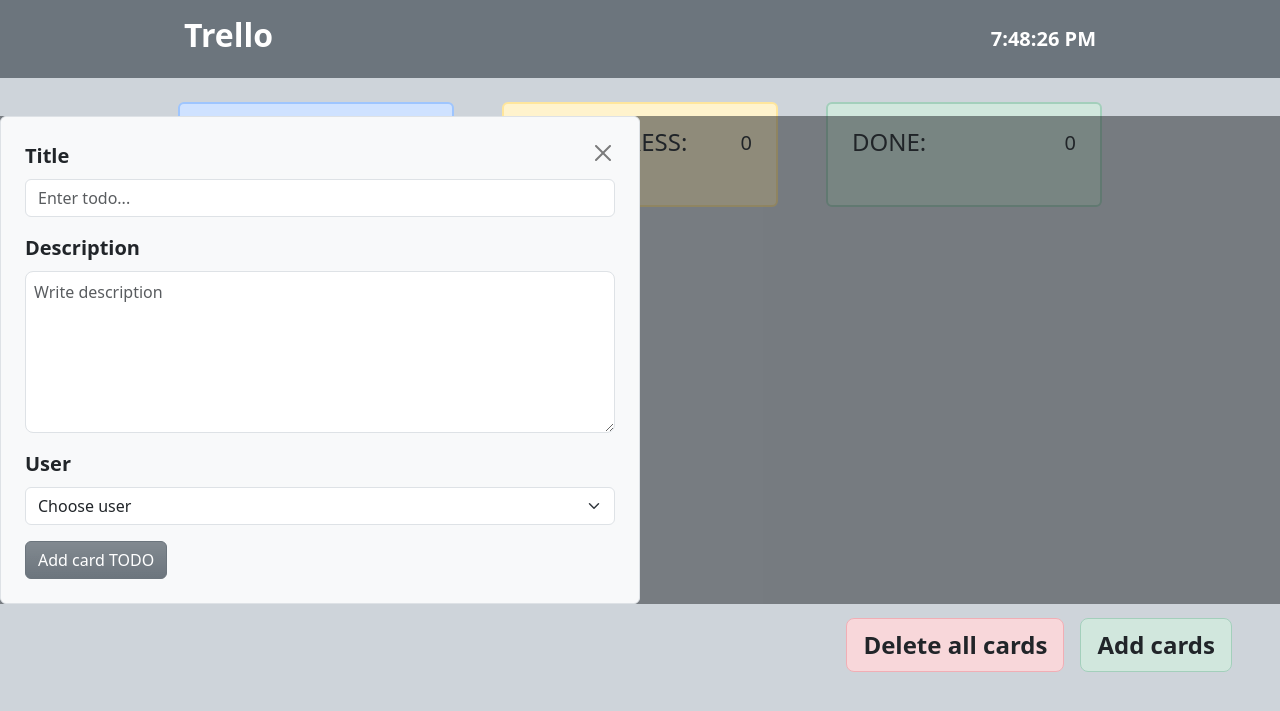
Repository: Valeria154/trello-app-clone
Page: / (app in trello-app-project/)
These files come from the project's save history. The page is drawn as it stood at one moment and after the next save; the edit follows.
The browser window is 1280 px wide. The pictures show the whole page.
After loading, the first visible `#addCardBtn` was clicked once.
The project was rebuilt for these pictures with package versions that can differ from the ones it lists, and the page was loaded fresh each time. Also part of the build but not shown: trello-app-project/vite.config.js.

Above is the page before, as saved 2025-03-15 20:55:08.

After the next save:
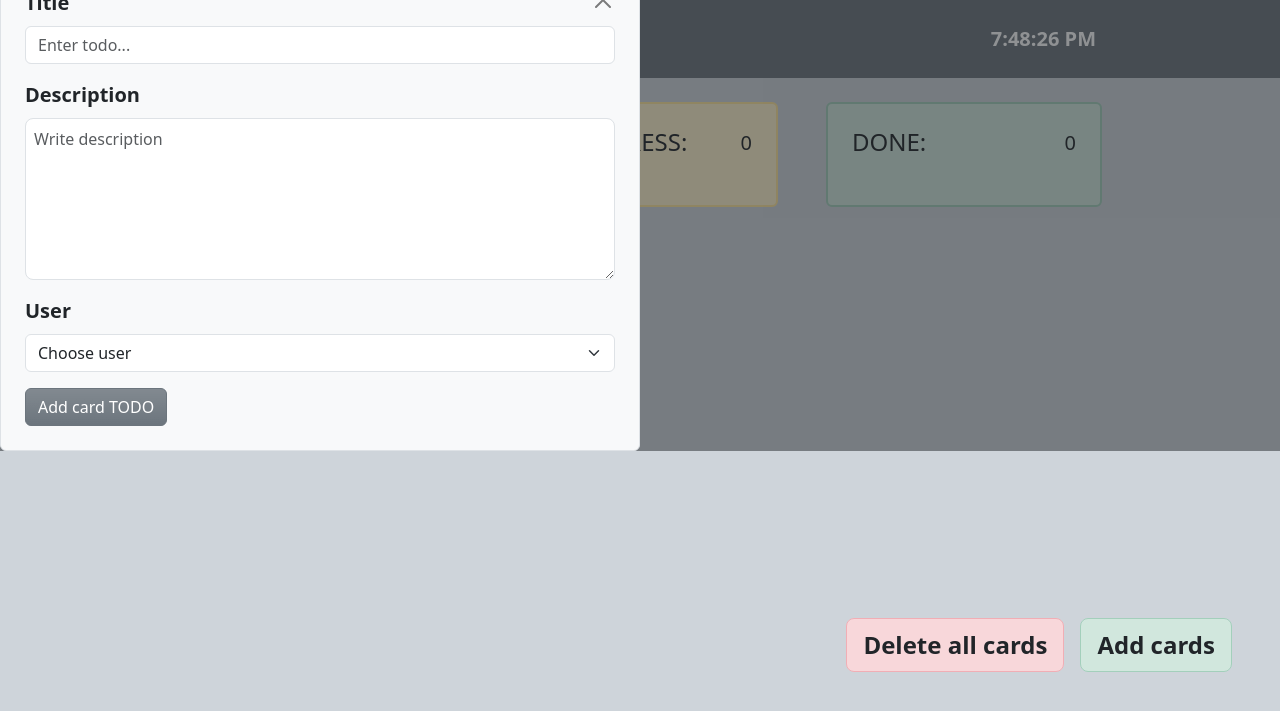
Saved 2 min 1 s later.
--- a/trello-app-project/src/main.js
+++ b/trello-app-project/src/main.js
@@ -27,7 +27,7 @@
 }
 function buildModalForm() {
 	return `
-				<div class="position-fixed top-50 start-50 translate-middle w-100 bg-dark bg-opacity-50">
+				<div class="position-fixed top-25 start-25 w-100 bg-dark bg-opacity-50">
 					<form class="p-4 border rounded bg-light text-start fw-semibold w-50 position-relative">
 						<div class="mb-3">
 							<label for="titile" class="form-label fs-5">Title</label>
